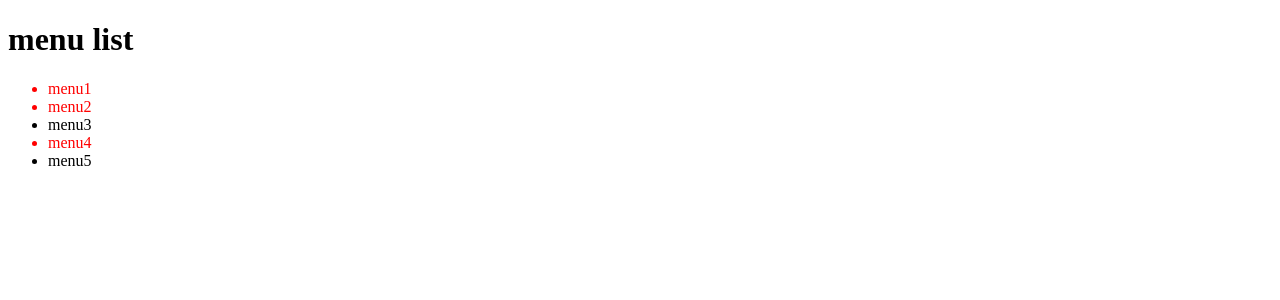
Repository: harin1212/PDA-frontend
Page: js04/dom1.html
An editor plug-in stored every save of this project. The page is shown before and after the next save, followed by the edit.
The browser window is 1280 px wide. The pictures show the whole page.

Above is the page before, as saved 2023-08-09 15:42:30.

After the next save:
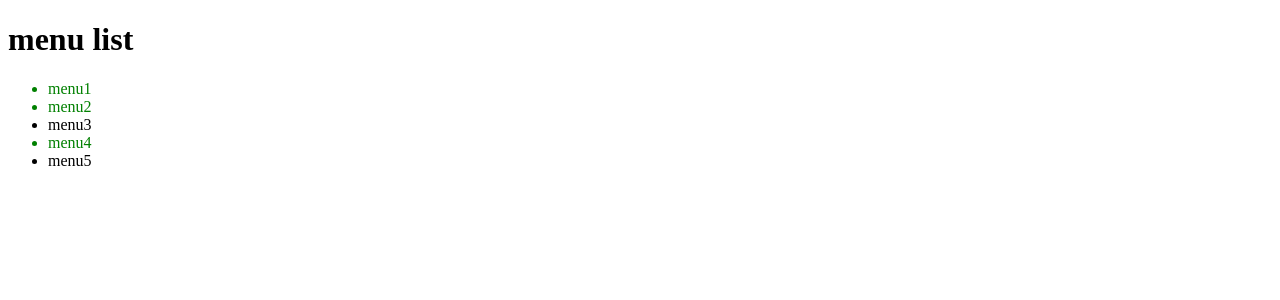
Saved 83 s later.
--- a/js04/js/dom1.js
+++ b/js04/js/dom1.js
@@ -34,5 +34,8 @@ console.log(lis); */
 //querySelectorAll('.class') == getElementByClassName('class')
 let elered = document.querySelectorAll('.red');
 //let elered1 = document.getElementsByClassName('red');
-elered.style = document.querySelectorAll('.green');
+for(let i = 0; i < elered.length; i++){
+    elered[i].className = 'green';
+}
+
 console.log(elered);
